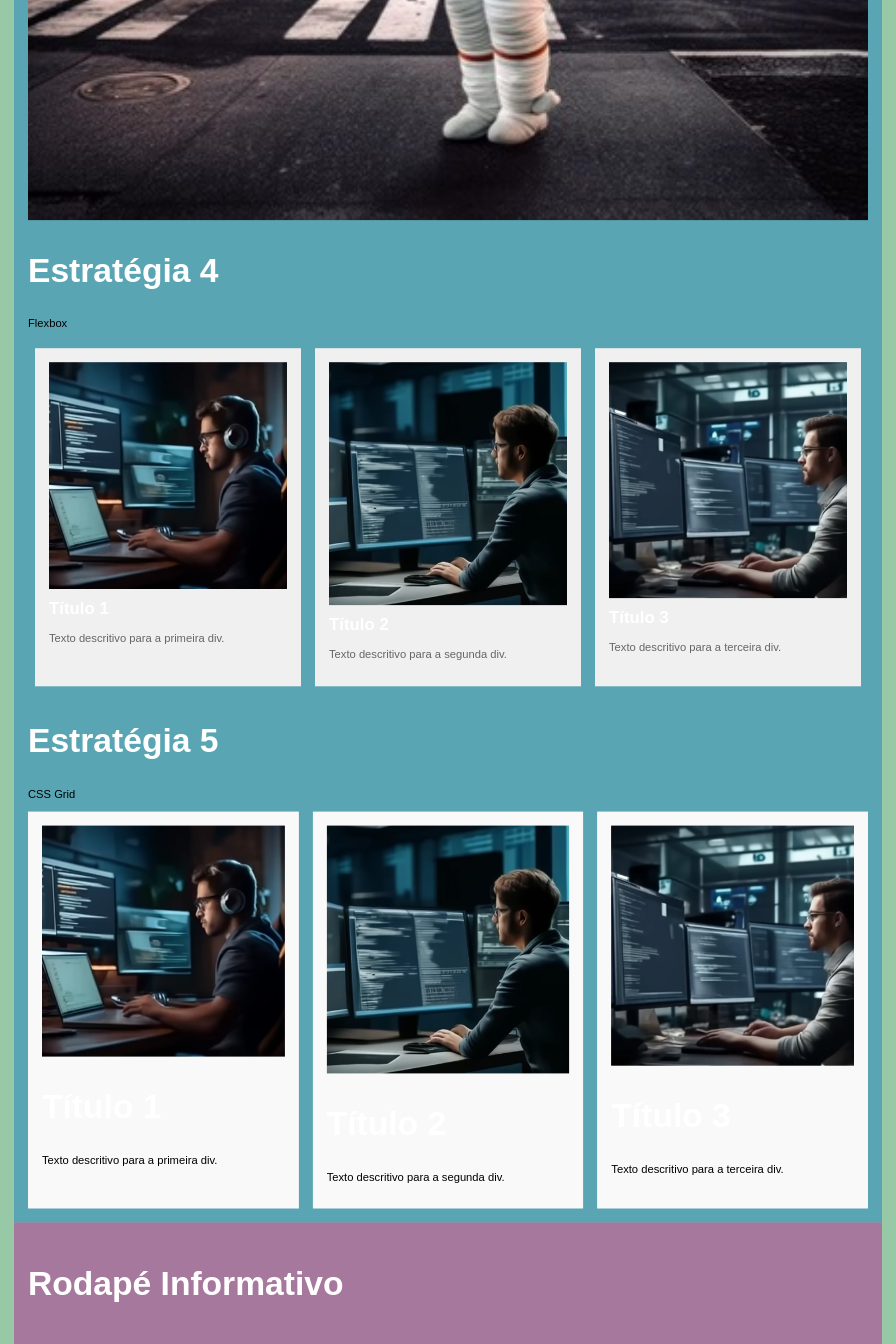
Repository: douglasabnovato/model-lp
Page: index.html
These files come from the project's save history. The page is drawn as it stood at one moment and after the next save; the edit follows.
The browser window is 1280 px wide. The pictures show the part of the page from y = 2059 to 3979 px (the page is 3979 px tall), at 70% of full size.

Above is the page before, as saved 2025-02-25 13:19:01.

After the next save:
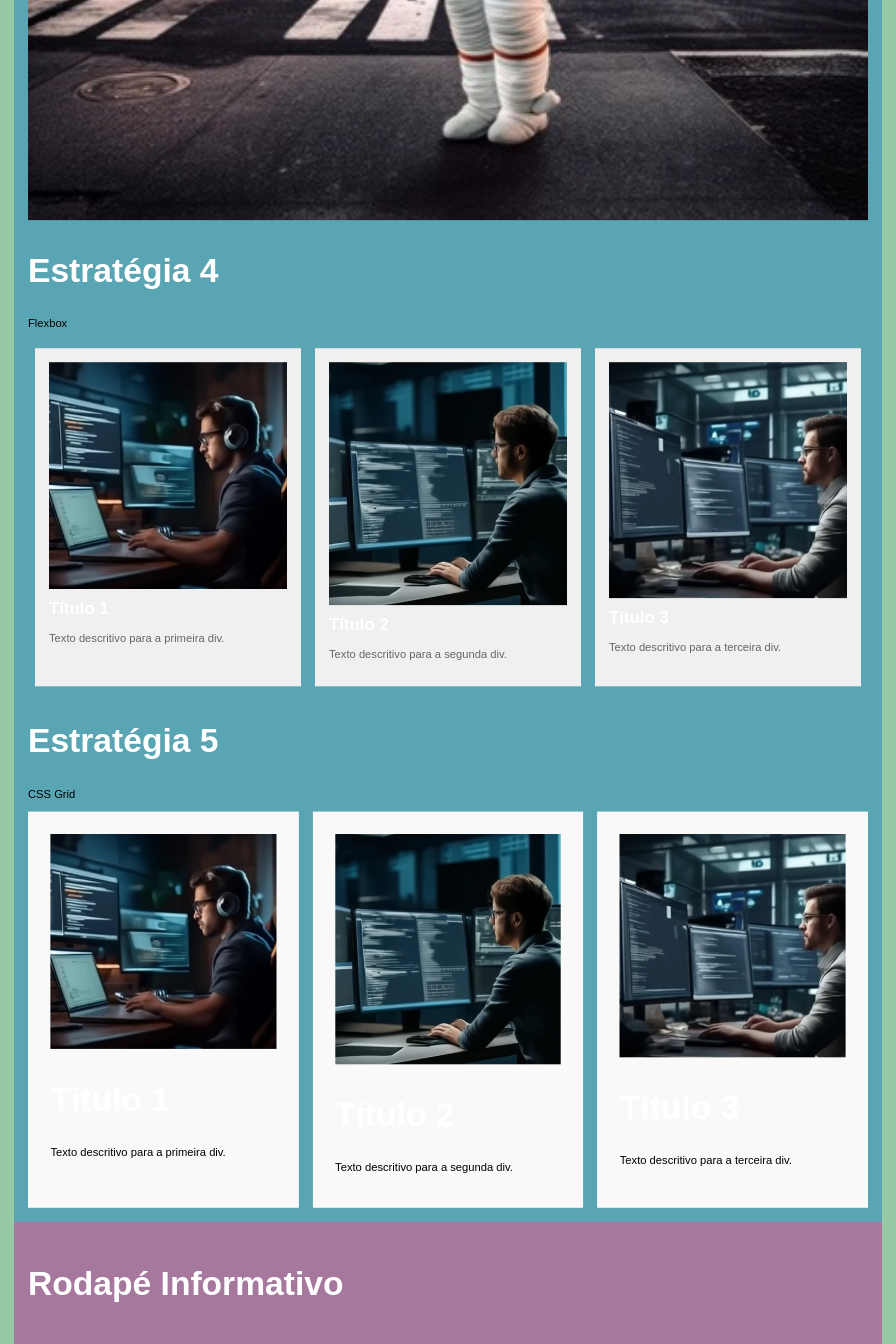
Saved 44 s later.
--- a/style.css
+++ b/style.css
@@ -138,6 +138,6 @@ footer {
 
   .filha-2 {
     background-color: #f9f9f9;
-    padding: 20px;
+    padding: 2rem;
     box-sizing: border-box;
   }
